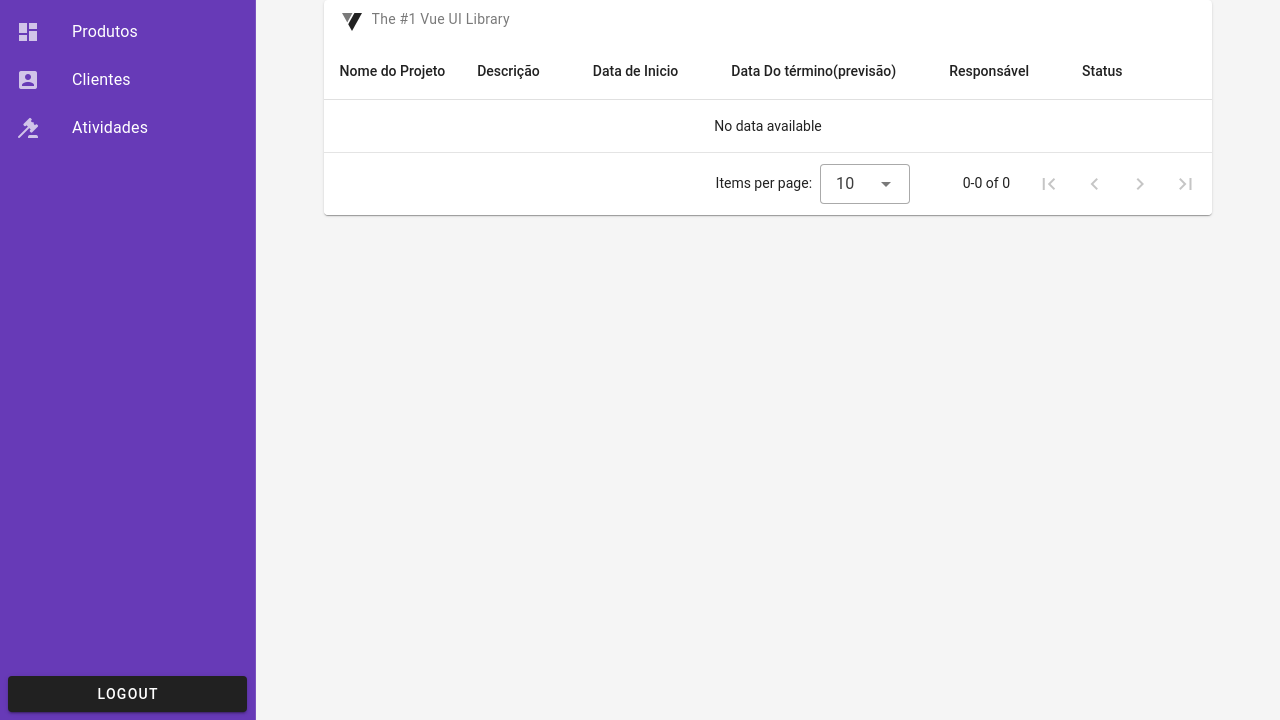
Repository: NtiSilva/Front_AG
Page: /products
These files come from the project's save history. The page is drawn as it stood at one moment and after the next save; the edit follows.
The browser window is 1280 px wide. The pictures show the whole page.
The page's requests for data from a server got no answer. The project was rebuilt for these pictures with package versions that can differ from the ones it lists, and the page was loaded fresh each time. No one was signed in, and anything a server would have sent is missing. Also part of the build but not shown: vite.config.mjs, src/components/Alert.vue, src/components/Atividades/FormActivities.vue, src/components/Atividades/index.vue, src/components/Clientes/FormClient.vue, src/components/Dialog.vue, src/components/DialogRemove.vue, src/components/Clientes/ListClients.vue and 9 more.

Above is the page before, as saved 2024-06-19 20:37:23.

After the next save:
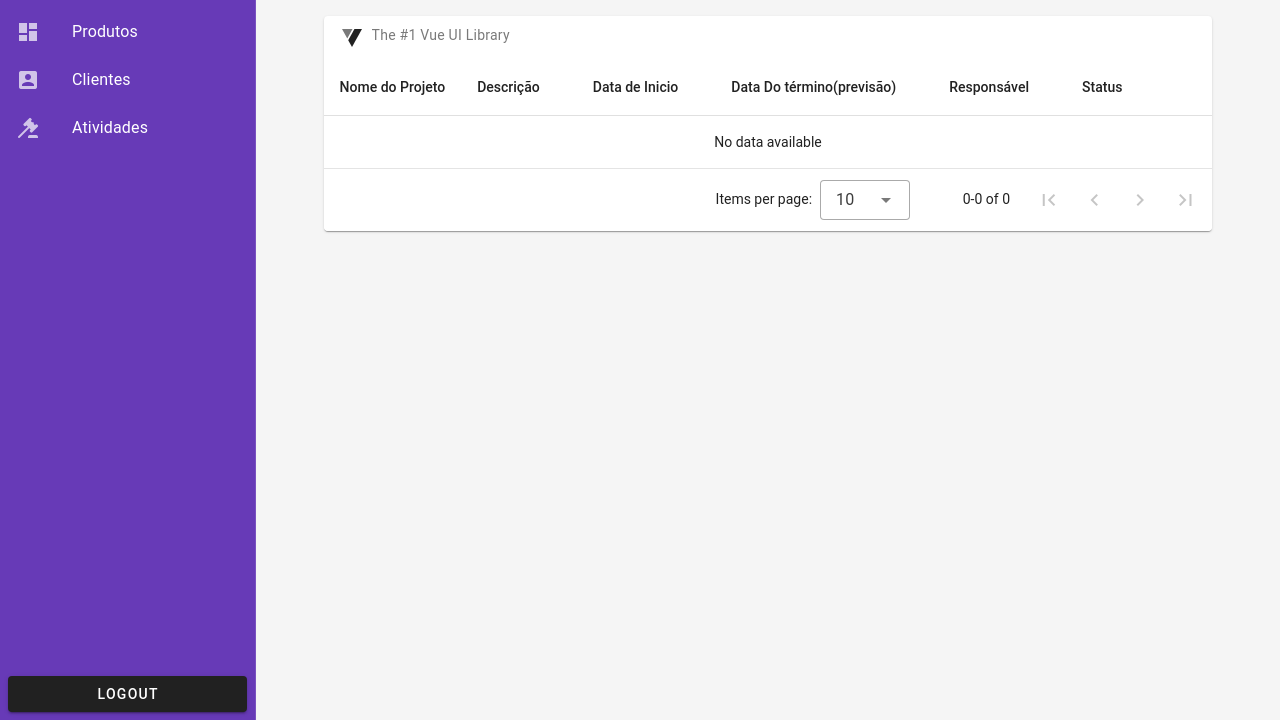
Saved 54 s later.
--- a/src/pages/Products.vue
+++ b/src/pages/Products.vue
@@ -1,4 +1,8 @@
 <template>
+  <v-container
+    class="d-flex align-center justify-center"
+    fill-height
+  >
   <v-card
     class="mx-auto"
     prepend-icon="$vuetify"
@@ -15,6 +19,7 @@
     </template>
   </v-data-table>
   </v-card>
+  </v-container>
 </template>
 
 <script>
